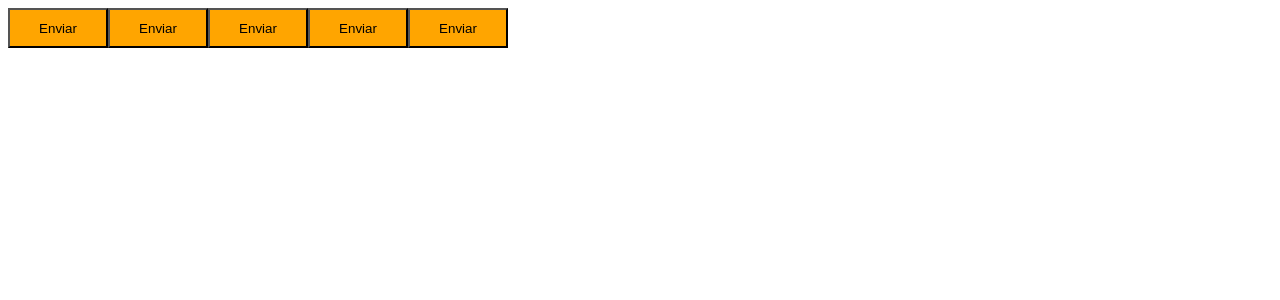
Repository: VictorDS87/Timer
Page: /
An editor plug-in stored every save of this project. The page is shown before and after the next save, followed by the edit.
The browser window is 1280 px wide. The pictures show the whole page.
The project was rebuilt for these pictures with package versions that can differ from the ones it lists, and the page was loaded fresh each time.

Above is the page before, as saved 2022-11-21 13:35:30.

### src/App.tsx
import { ThemeProvider } from "styled-components"

import { Button } from "./components/Button";
import { defaultTheme } from "./styles/themes/default";

export function App() {
  return (
    <ThemeProvider theme={defaultTheme}>
      <Button variant="primary"/>
      <Button variant="secondary"/>
      <Button variant="success"/>
      <Button variant="danger"/>
      <Button/>
    </ThemeProvider>
  )
}

### src/components/Button.tsx
import { ButtonContainer } from "./Button.styles"

interface ButtonProps {
  variant?: 'primary' | 'secondary' | 'danger' | 'success'
}

export function Button({ variant = 'primary' }: ButtonProps) {
  return(
    <ButtonContainer variant={variant}>Enviar</ButtonContainer>
  )
}

### src/styles/themes/default.ts
export const defaultTheme = {
  primary: 'purple',
  secondary: 'orange',
}

### src/components/Button.styles.ts
import styled from 'styled-components'

export type ButtonVariant = 'primary' | 'secondary' | 'danger' | 'success'

const buttonVariants = {
  primary: 'purple',
  secondary: 'orange',
  danger: 'red',
  success: 'green'
}

interface ButtonContainerProps {
  variant: ButtonVariant;
}

export const ButtonContainer = styled.button<ButtonContainerProps>`
  width: 100px;
  height: 40px;

  background-color: ${props => props.theme.secondary}

  /* ${props => {
    return `background-color: ${buttonVariants[props.variant]}`
  }} */
`

### src/styles/global.ts
import { createGlobalStyle } from 'styled-components'

export const GlobalStyle = createGlobalStyles`
  * {
    margin: 0;
    padding: 0;
    box-sizing: border-box;
  }

  body {
    background: #333;
    color: #fff;
  }
`

Loaded but not shown: index.html (common file); src/main.tsx (common file)

After the next save:
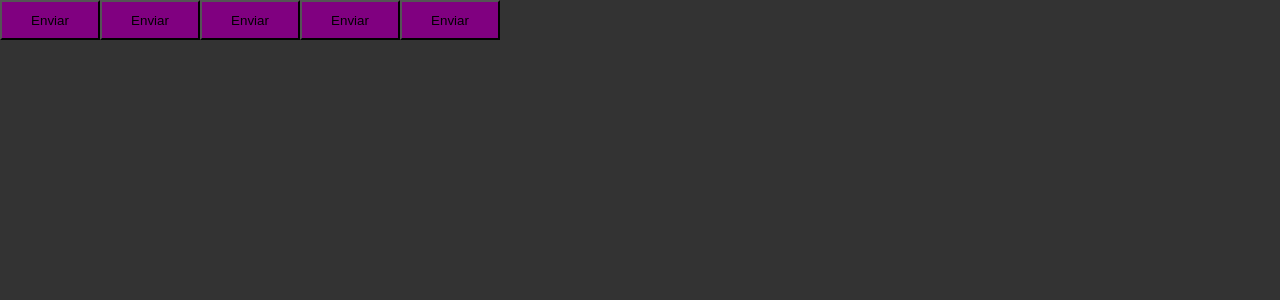
Saved 8 min 33 s later.
--- a/src/App.tsx
+++ b/src/App.tsx
@@ -1,6 +1,7 @@
 import { ThemeProvider } from "styled-components"
 
 import { Button } from "./components/Button";
+import { GlobalStyle } from "./styles/global";
 import { defaultTheme } from "./styles/themes/default";
 
 export function App() {
@@ -11,6 +12,8 @@ export function App() {
       <Button variant="success"/>
       <Button variant="danger"/>
       <Button/>
+
+      <GlobalStyle/>
     </ThemeProvider>
   )
 }
--- a/src/components/Button.styles.ts
+++ b/src/components/Button.styles.ts
@@ -17,7 +17,7 @@ export const ButtonContainer = styled.button<ButtonContainerProps>`
   width: 100px;
   height: 40px;
 
-  background-color: ${props => props.theme.secondary}
+  background-color: ${props => props.theme.primary}
 
   /* ${props => {
     return `background-color: ${buttonVariants[props.variant]}`
--- a/src/styles/global.ts
+++ b/src/styles/global.ts
@@ -1,6 +1,6 @@
 import { createGlobalStyle } from 'styled-components'
 
-export const GlobalStyle = createGlobalStyles`
+export const GlobalStyle = createGlobalStyle`
   * {
     margin: 0;
     padding: 0;
